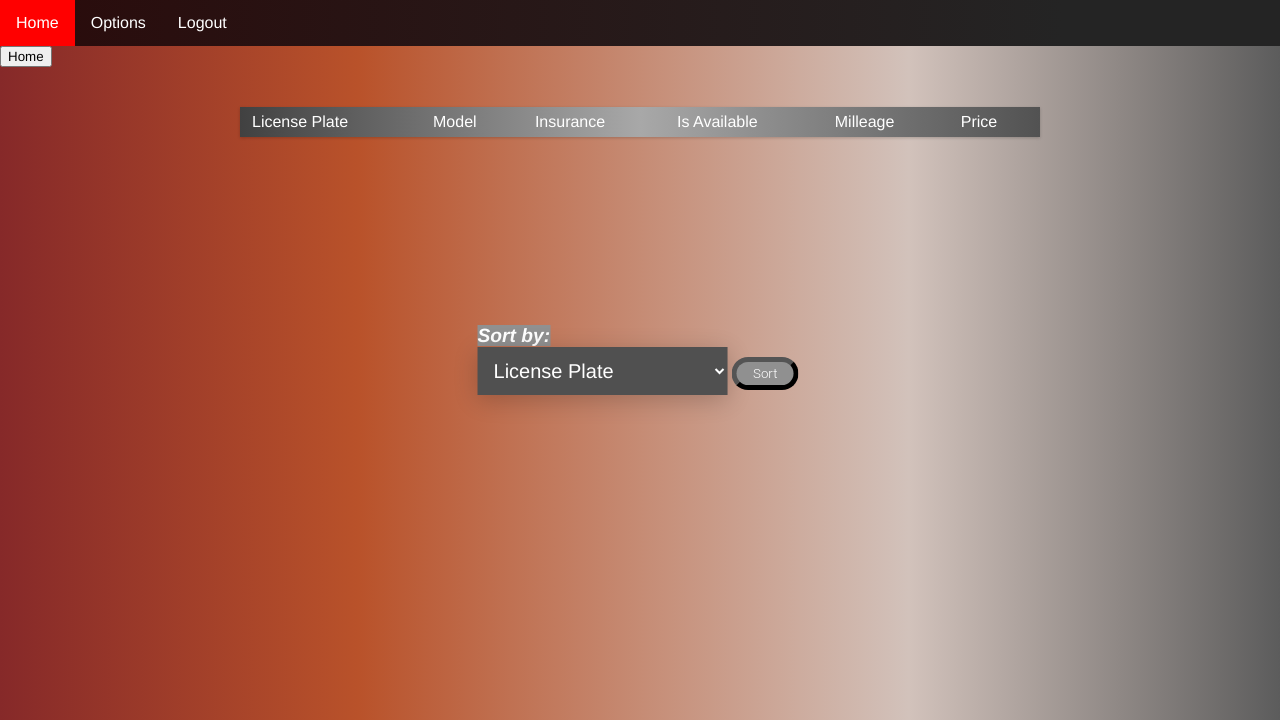
Repository: kensevv/nevexisDemos
Page: http://localhost/Car_Rental_Management_System/VehicleList.jsp
The author's editor kept a copy of each file at every save. The page is drawn from the files as they stood at one save, then again after the next save.
The browser window is 1280 px wide. The pictures show the whole page.
The page is served by Tomcat 9. Nobody is signed in. The application's start-up code is not run. The template is opened directly, without the code that normally fills it, so the values that code supplies are empty.

Above is the page before, as saved 2021-03-25 23:02:38.

After the next save:
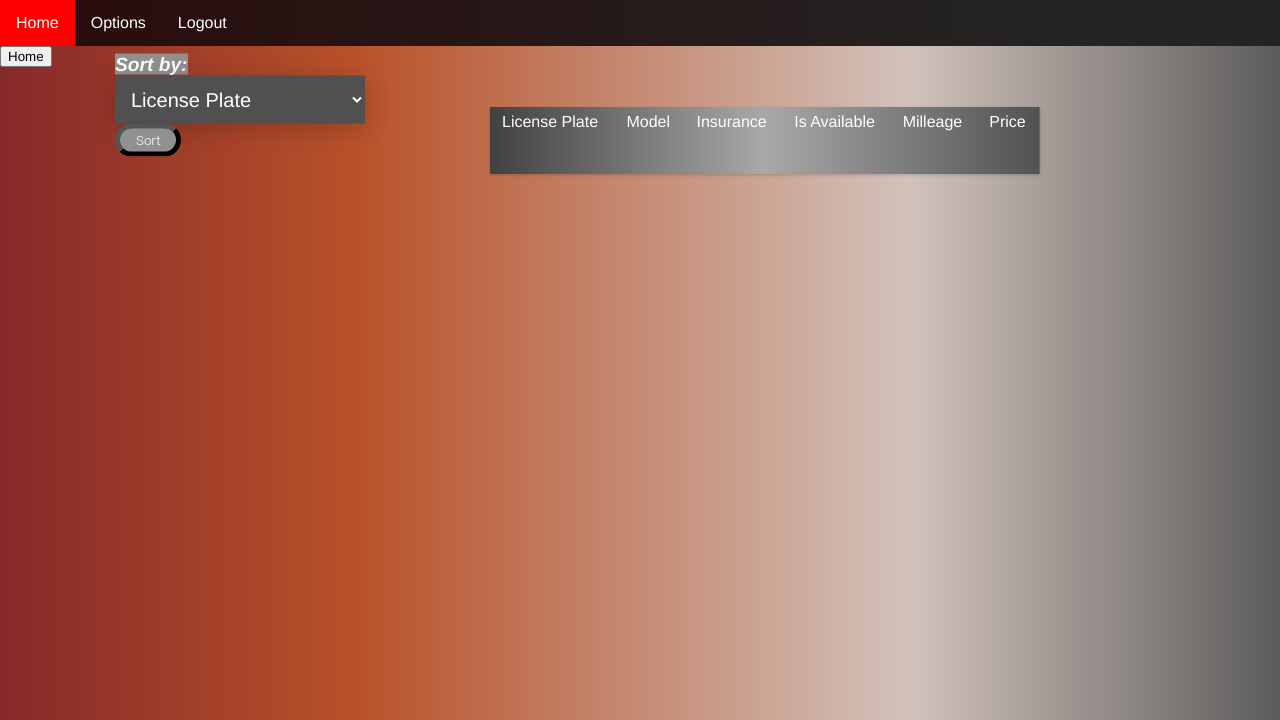
Saved 30 s later.
--- a/Car_Rental_Management_System/src/main/webapp/css/style.css
+++ b/Car_Rental_Management_System/src/main/webapp/css/style.css
@@ -128,9 +128,6 @@ background: linear-gradient(90deg, rgba(42,11,11,1) 0%, rgba(36,36,36,1) 83%);
 }
 
 .box {
-	position: absolute;
-	top: 50%;
-	left: 50%;
 	transform: translate(-50%, -50%);
 }
 
